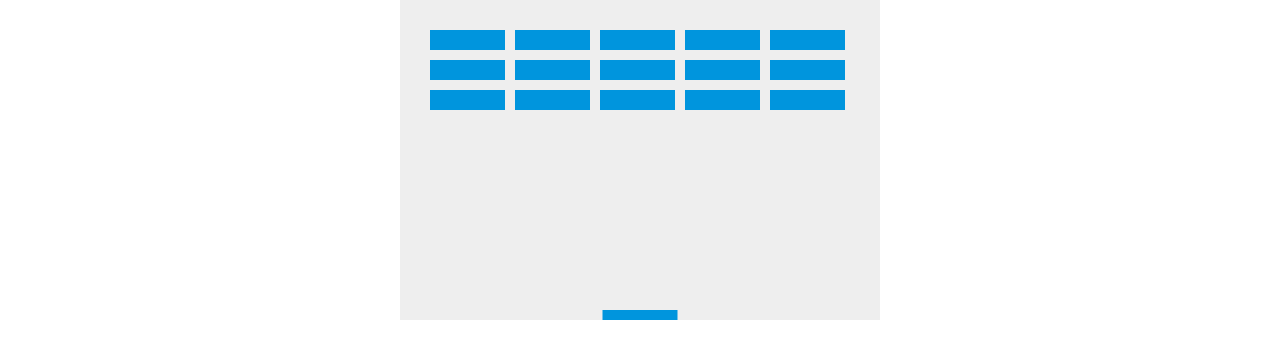
Repository: GoodHoneyCake/2D_breakout_game
Page: index.html
These files come from the project's save history. The page is drawn as it stood at one moment and after the next save; the edit follows.
The browser window is 1280 px wide. The pictures show the whole page.

Above is the page before, as saved 2020-12-28 18:39:37.

### index.html
<!DOCTYPE html>
<html lang="en">
<head>
    <meta charset="UTF-8">
    <meta name="viewport" content="width=device-width, initial-scale=1.0">
    <title>Gamedev Canvas Workshop</title>
    <link rel="stylesheet" href="styles.css">
    <script src="main.js" defer></script>
</head>
<body>
    <canvas id="myCanvas" width="480" height="320"></canvas>
</body>
</html>

### styles.css
* {
  padding: 0;
  margin: 0;
}
canvas {
  background: #eee;
  display: block;
  margin: 0 auto;
}

### main.js
const canvas = document.getElementById("myCanvas");
const ctx = canvas.getContext("2d");

let x = canvas.width / 2;
let y = canvas.height - 30;

let dx = 2;
let dy = -2;

let ballRadius = 10;

let paddleHeight = 10;
let paddleWidth = 75;
let paddleX = (canvas.width - paddleWidth) / 2;

let rightPressed = false;
let leftPressed = false;

let brickRowCount = 3;
let brickColumnCount = 5;
let brickWidth = 75;
let brickHeight = 20;
let brickPadding = 10;
let brickOffsetTop = 30;
let brickOffsetLeft = 30;

let bricks = [];
for (let c = 0; c < brickColumnCount; c++) {
  bricks[c] = [];
  for (let r = 0; r < brickRowCount; r++) {
    bricks[c][r] = { x: 0, y: 0 };
  }
}

function drawBricks() {
  for (let c = 0; c < brickColumnCount; c++) {
    for (let r = 0; r < brickRowCount; r++) {
      let brickX = c * (brickWidth + brickPadding) + brickOffsetLeft;
      let brickY = r * (brickHeight + brickPadding) + brickOffsetTop;
      bricks[c][r].x = brickX;
      bricks[c][r].y = brickY;
      ctx.beginPath();
      ctx.rect(brickX, brickY, brickWidth, brickHeight);
      ctx.fillStyle = "#0095DD";
      ctx.fill();
      ctx.closePath();
    }
  }
}

function randomColorStyle() {
  // H(Hue)S(Saturation)L(Lightness)
  // This will create a random color with same saturation and light intensity (luminance).
  // https://stackoverflow.com/questions/23861481/randomize-rgb-in-html5-canvas-with-a-new-value-for-each-fillrect-using-javascrip
  ctx.fillStyle = "hsl(" + 360 * Math.random() + ", 50%, 50%)";
}

document.addEventListener("keydown", keyDownHandler, false);
document.addEventListener("keyup", keyUpHandler, false);

function keyDownHandler(event) {
  if (event.keyCode == 39) {
    rightPressed = true;
  } else if (event.keyCode == 37) {
    leftPressed = true;
  }
}

function keyUpHandler(event) {
  if (event.keyCode == 39) {
    rightPressed = false;
  } else if (event.keyCode == 37) {
    leftPressed = false;
  }
}

function drawBall() {
  ctx.beginPath();
  ctx.arc(x, y, ballRadius, 0, Math.PI * 2);
  ctx.fillstyle = "#0095DD";
  ctx.fill();
  ctx.closePath();
}

function drawPaddle() {
  ctx.beginPath();
  ctx.rect(paddleX, canvas.height - paddleHeight, paddleWidth, paddleHeight);
  ctx.fillstyle = "#0095DD";
  ctx.fill();
  ctx.closePath();
}

function draw() {
  ctx.clearRect(0, 0, canvas.width, canvas.height);
  drawBricks();
  drawBall();
  drawPaddle();
  x += dx;
  y += dy;

  // bottom edge || top edge
  if (y + dy < ballRadius) {
    dy = -dy;
    randomColorStyle();
  } else if (y + dy > canvas.height - ballRadius) {
    if (x > paddleX && x < paddleX + paddleWidth) {
      dy = -dy;
    } else {
      alert("GAME OVER");
      document.location.reload();
    }
  }
  // right edge || left edge
  if (x + dx > canvas.width - ballRadius || x + dx < ballRadius) {
    dx = -dx;

    randomColorStyle();
  }

  if (rightPressed && paddleX < canvas.width - paddleWidth) {
    paddleX += 7; // pixel
  } else if (leftPressed && paddleX > 0) {
    paddleX -= 7;
  }
}

setInterval(draw, 10);

After the next save:
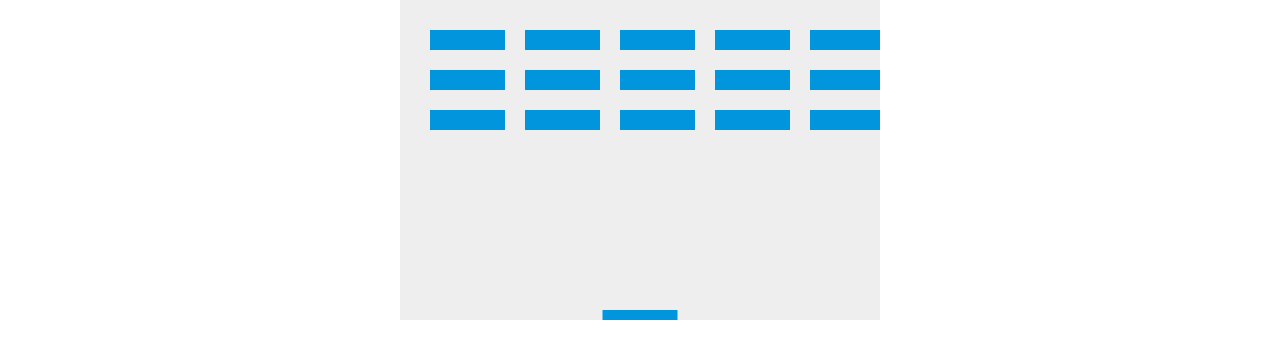
Saved 14 s later.
--- a/main.js
+++ b/main.js
@@ -20,7 +20,7 @@
 let brickColumnCount = 5;
 let brickWidth = 75;
 let brickHeight = 20;
-let brickPadding = 10;
+let brickPadding = 20;
 let brickOffsetTop = 30;
 let brickOffsetLeft = 30;
 

After the save that followed:
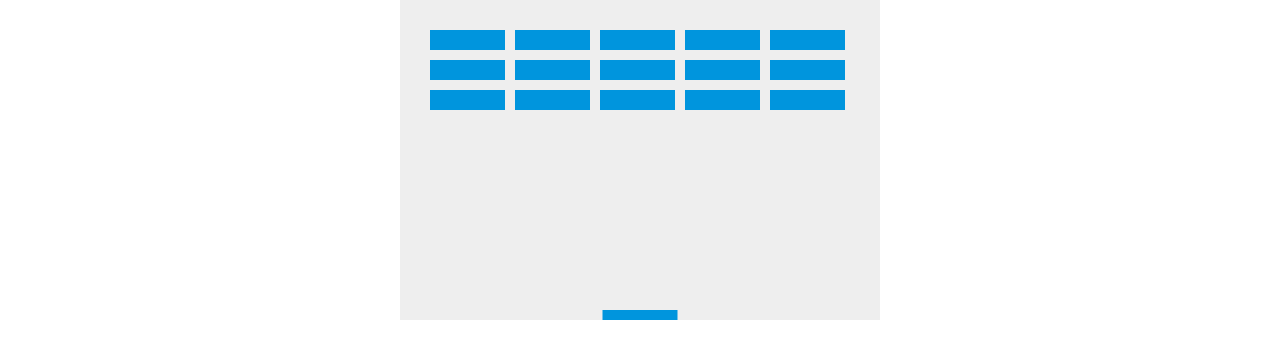
Saved 4 s later.
--- a/main.js
+++ b/main.js
@@ -20,7 +20,7 @@
 let brickColumnCount = 5;
 let brickWidth = 75;
 let brickHeight = 20;
-let brickPadding = 20;
+let brickPadding = 10;
 let brickOffsetTop = 30;
 let brickOffsetLeft = 30;
 
